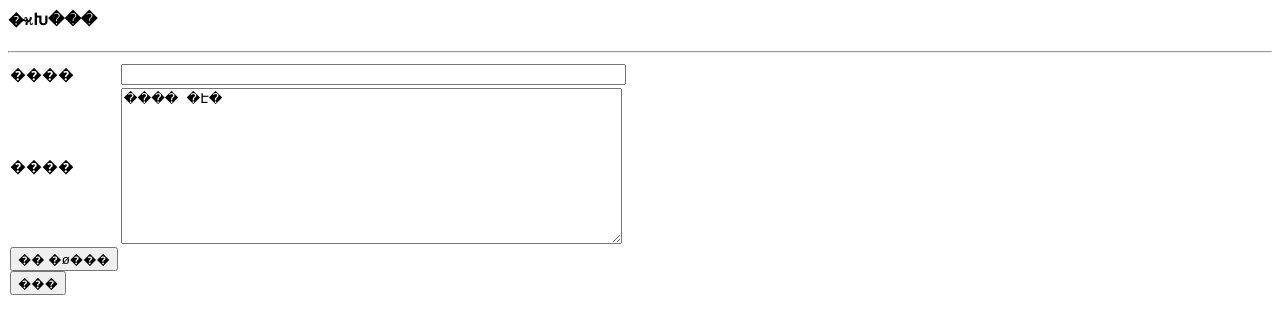
Repository: 2ujin/2018-PHP-afterschool
Page: http://localhost/CH06/ch06_05.php
An editor plug-in stored every save of this project. The page is shown before and after the next save, followed by the edit.
The browser window is 1280 px wide. The pictures show the whole page.
The page is run by PHP 8.4 with error messages shown; the project is at /var/www/html/.

Above is the page before, as saved 2018-07-31 01:07:33.

After the next save:
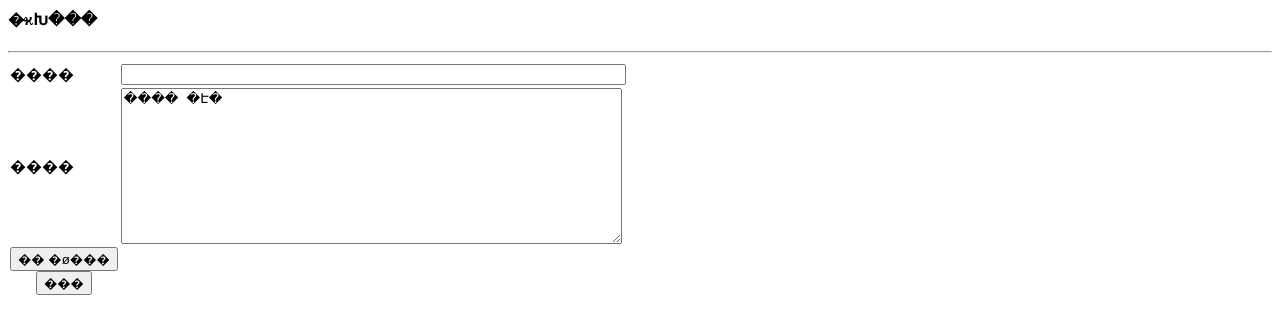
Saved 7 s later.
--- a/PHPStudy/CH06/ch06_05.php
+++ b/PHPStudy/CH06/ch06_05.php
@@ -3,7 +3,7 @@
 <table width = "60" cellspacing="1" cellpaddding="4">
 <tr><td valign = "top">제목</td><td><input type = text size = 60 id = title></input></td></tr>
 <tr><td valign = "middle">내용</td><td><textarea name = "content" cols = "60" rows = "10">내용 입력</textarea></td></tr>
-<tr><td valign = "center"><input type = "submit" value = "글 올리기" id = "submit"><input type="submit" value = "취소" id = "cancel"></td></tr>
+<tr><td align = "center"><input type = "submit" value = "글 올리기" id = "submit"><input type="submit" value = "취소" id = "cancel"></td></tr>
 </table>
 
 </html>

After the save that followed:
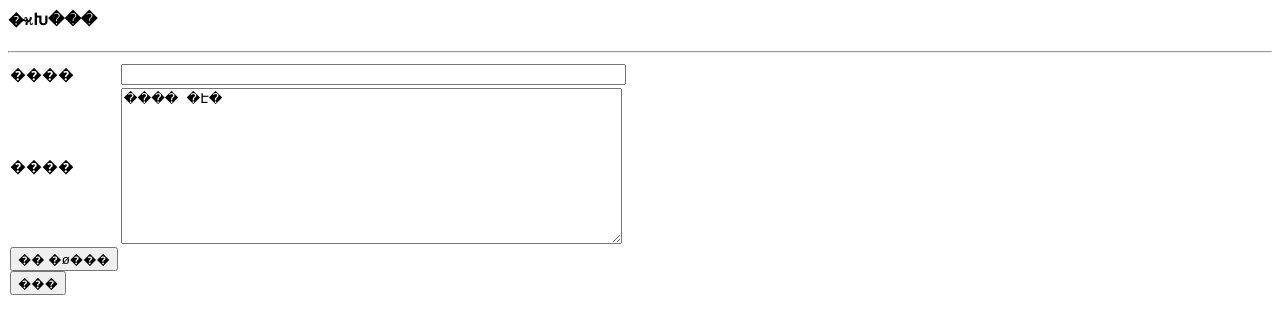
Saved 9 s later.
--- a/PHPStudy/CH06/ch06_05.php
+++ b/PHPStudy/CH06/ch06_05.php
@@ -3,7 +3,7 @@
 <table width = "60" cellspacing="1" cellpaddding="4">
 <tr><td valign = "top">제목</td><td><input type = text size = 60 id = title></input></td></tr>
 <tr><td valign = "middle">내용</td><td><textarea name = "content" cols = "60" rows = "10">내용 입력</textarea></td></tr>
-<tr><td align = "center"><input type = "submit" value = "글 올리기" id = "submit"><input type="submit" value = "취소" id = "cancel"></td></tr>
+<tr><td><input type = "submit" value = "글 올리기" id = "submit"><input type="submit" value = "취소" id = "cancel"></td></tr>
 </table>
 
 </html>
